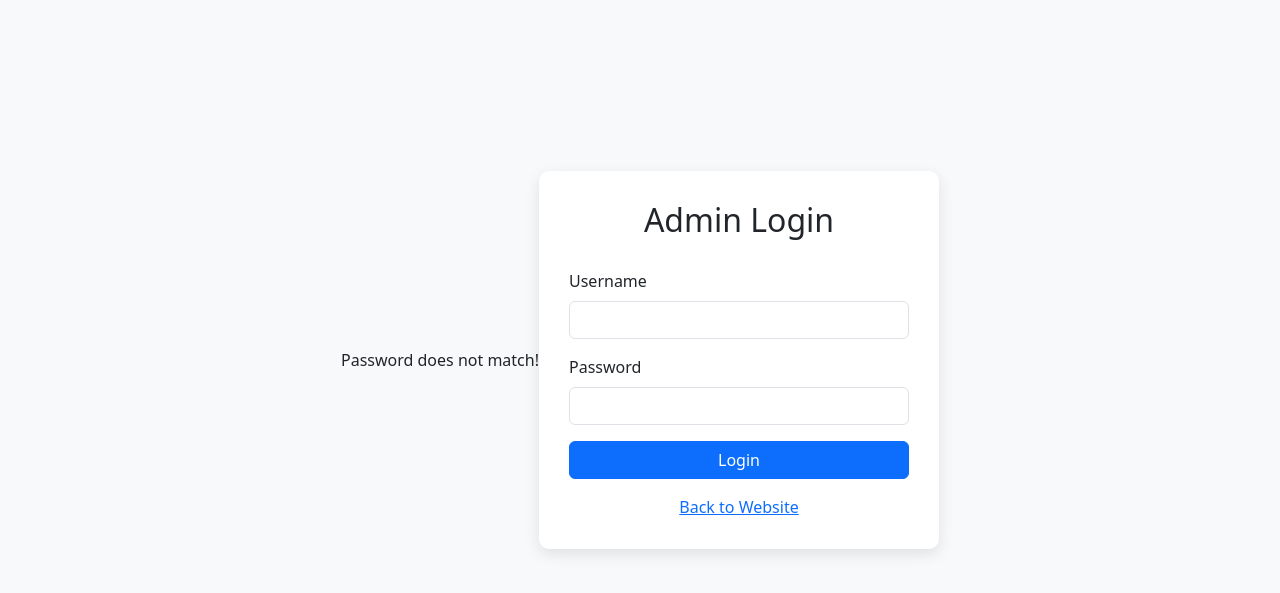
Repository: faridfirdaus-fred/portfolio-pweb
Page: http://localhost/admin/login.php
An editor plug-in stored every save of this project. The page is shown before and after the next save, followed by the edit.
The browser window is 1280 px wide. The pictures show the whole page.
The page is run by PHP 8.4 with error messages shown; the project is at /var/www/html/.

Above is the page before, as saved 2025-05-12 16:17:13.

After the next save:
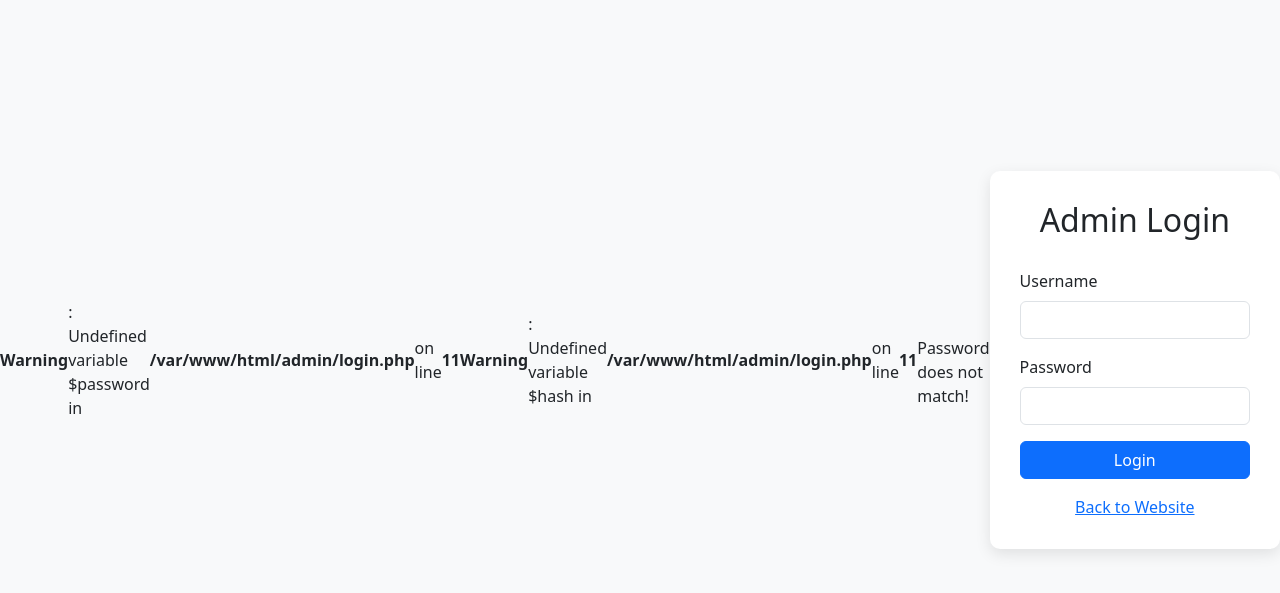
Saved 97 s later.
--- a/admin/login.php
+++ b/admin/login.php
@@ -6,8 +6,7 @@ if (isset($_SESSION['admin_logged_in']) && $_SESSION['admin_logged_in'] === true
     header("Location: index.php");
     exit;
 }
-$password = 'newpassword123'; // Password asli
-$hash = '$2y$10$eImiTXuWVxfM37uY4JANjQe5Jxq2z1p5f5l9z9eWl9z9eWl9z9eWl'; // Hash dari database
+
 
 if (password_verify($password, $hash)) {
     echo "Password matches!";
